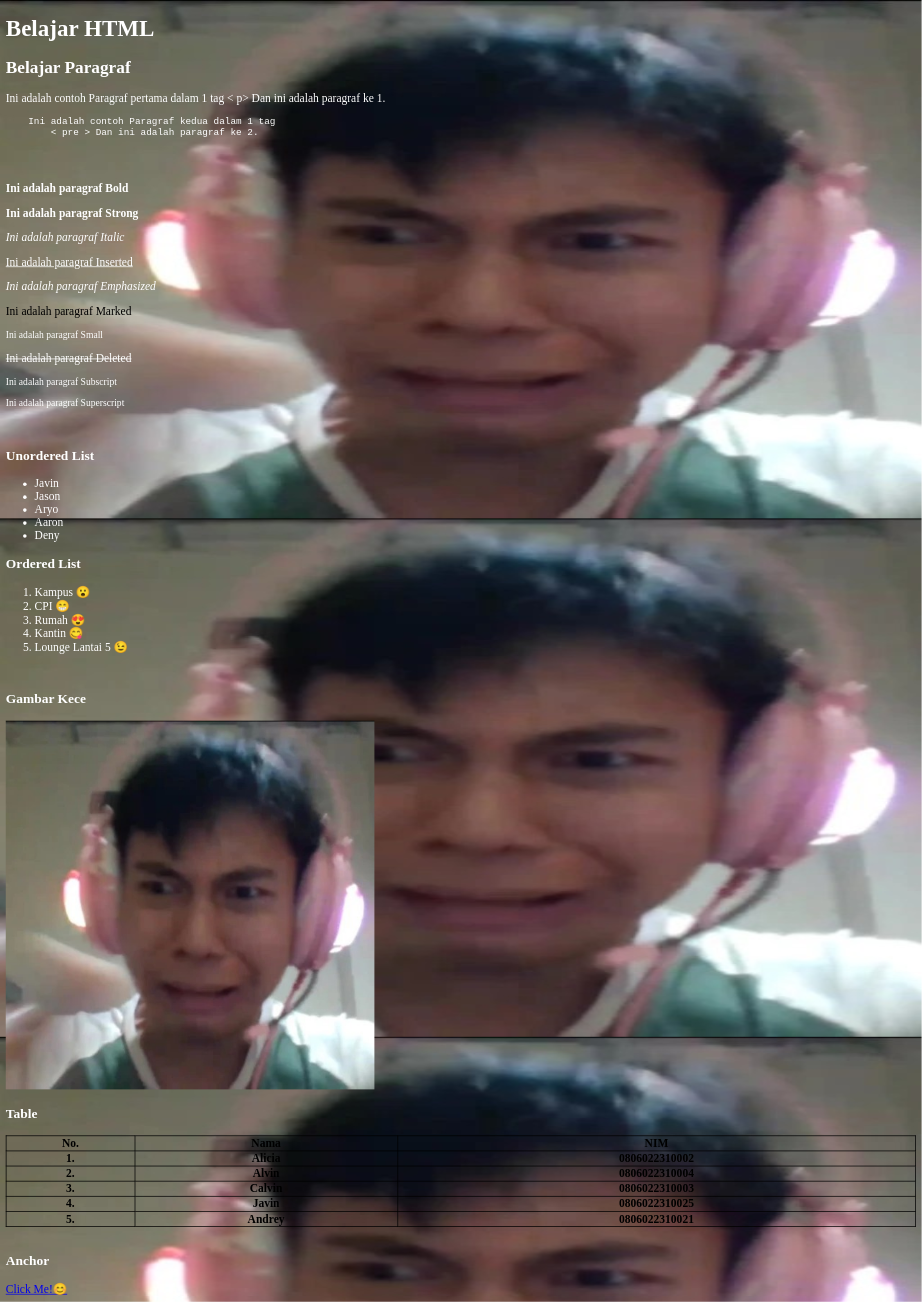
Repository: Gibekkk/WebPro
Page: Tugas HTML 1/index.html
An editor plug-in stored every save of this project. The page is shown before and after the next save, followed by the edit.
The browser window is 1280 px wide. The pictures show the whole page, at 72% of full size.
Backgrounds fixed to the window are drawn as part of the page.

Above is the page before, as saved 2024-03-25 10:39:00.

### Tugas HTML 1/index.html
<!DOCTYPE html>
<html lang="en">

<head>
    <meta charset="UTF-8">
    <meta name="viewport" content="width=device-width, initial-scale=1.0">
    <title>Document</title>
    <style>
        table,
        td,
        tr,
        th {
            border: 1px solid black;
            color: black;
            font-weight: 600;
            border-collapse: collapse;
        }

        table {
            width: 100%;
            text-align: center;
        }
    </style>
</head>

<body style="background-image: url(javin.jpg); background-repeat: no-repeat; background-size: 100%; background-attachment: fixed; color: white">
    <h1>Belajar HTML</h1>
    <h2>Belajar Paragraf</h2>
    <p>Ini adalah contoh Paragraf pertama dalam 1 tag
        < p> Dan ini adalah paragraf ke 1.</p>
    <pre>
    Ini adalah contoh Paragraf kedua dalam 1 tag
        < pre > Dan ini adalah paragraf ke 2.
    </pre>
    <br>

    <b>
        <p>Ini adalah paragraf Bold</p>
    </b>
    <strong>
    <p>Ini adalah paragraf Strong</p>
    </strong>
    <i>
    <p>Ini adalah paragraf Italic</p>
    </i>
    <ins>
    <p>Ini adalah paragraf Inserted</p>
    </ins>
    <em>
    <p>Ini adalah paragraf Emphasized</p>
    </em>
    <mark>
        <p>Ini adalah paragraf Marked</p>
    </mark>
    <small>
        <p>Ini adalah paragraf Small</p>
    </small>
    <del>
        <p>Ini adalah paragraf Deleted</p>
    </del>
    <sub>
        <p>Ini adalah paragraf Subscript</p>
    </sub>
    <sup>
        <p>Ini adalah paragraf Superscript</p>
    </sup>
    <br>

    <h3>Unordered List</h3>
    <ul>
        <li>Javin</li>
        <li>Jason</li>
        <li>Aryo</li>
        <li>Aaron</li>
        <li>Deny</li>
    </ul>
    <h3>Ordered List</h3>
    <ol>
        <li>Kampus 😮</li>
        <li>CPI 😁</li>
        <li>Rumah 😍</li>
        <li>Kantin 😋</li>
        <li>Lounge Lantai 5 😉</li>
    </ol>
    <br>

    <h3>Gambar Kece</h3>
    <img src="javin.jpg" alt="Javin" title="Javin">
    <br>

    <h3>Table</h3>
    <table>
        <tr>
            <th>No.</th>
            <th>Nama</th>
            <th>NIM</th>
        </tr>
        <tr>
            <td>1.</td>
            <td>Alicia</td>
            <td>0806022310002</td>
        </tr>
        <tr>
            <td>2.</td>
            <td>Alvin</td>
            <td>0806022310004</td>
        </tr>
        <tr>
            <td>3.</td>
            <td>Calvin</td>
            <td>0806022310003</td>
        </tr>
        <tr>
            <td>4.</td>
            <td>Javin</td>
            <td>0806022310025</td>
        </tr>
        <tr>
            <td>5.</td>
            <td>Andrey</td>
            <td>0806022310021</td>
        </tr>
    </table>
    <br>

    <h3>Anchor</h3>
    <a href="https://tv.lk21official.mom/">Click Me!😊</a>
</body>

</html>

After the next save:
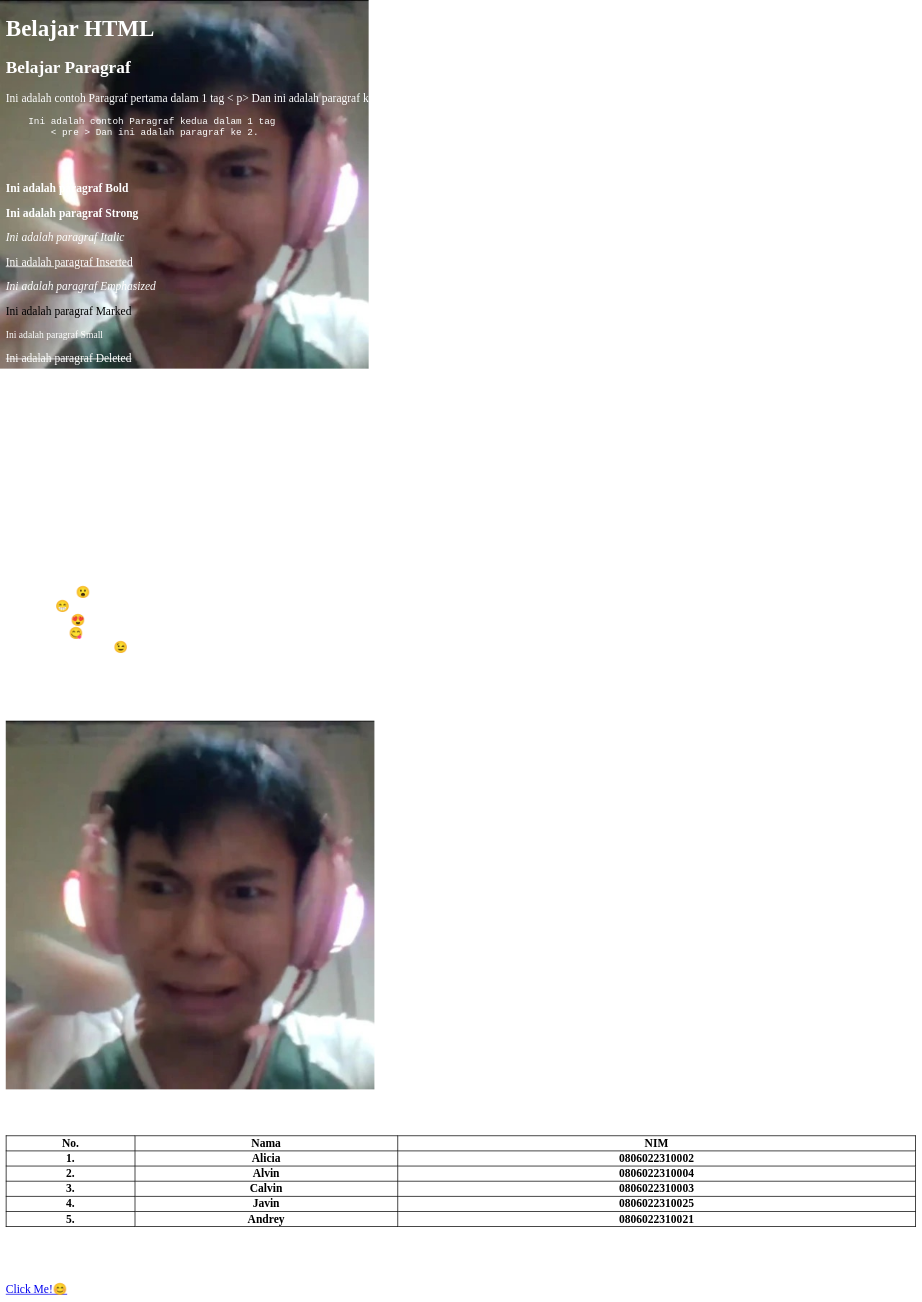
Saved 81 s later.
--- a/Tugas HTML 1/index.html
+++ b/Tugas HTML 1/index.html
@@ -23,7 +23,7 @@
     </style>
 </head>
 
-<body style="background-image: url(javin.jpg); background-repeat: no-repeat; background-size: 100%; background-attachment: fixed; color: white">
+<body style="background-image: url(javin.jpg); background-repeat: no-repeat; background-: 100%; background-attachment: fixed; color: white">
     <h1>Belajar HTML</h1>
     <h2>Belajar Paragraf</h2>
     <p>Ini adalah contoh Paragraf pertama dalam 1 tag

After the save that followed:
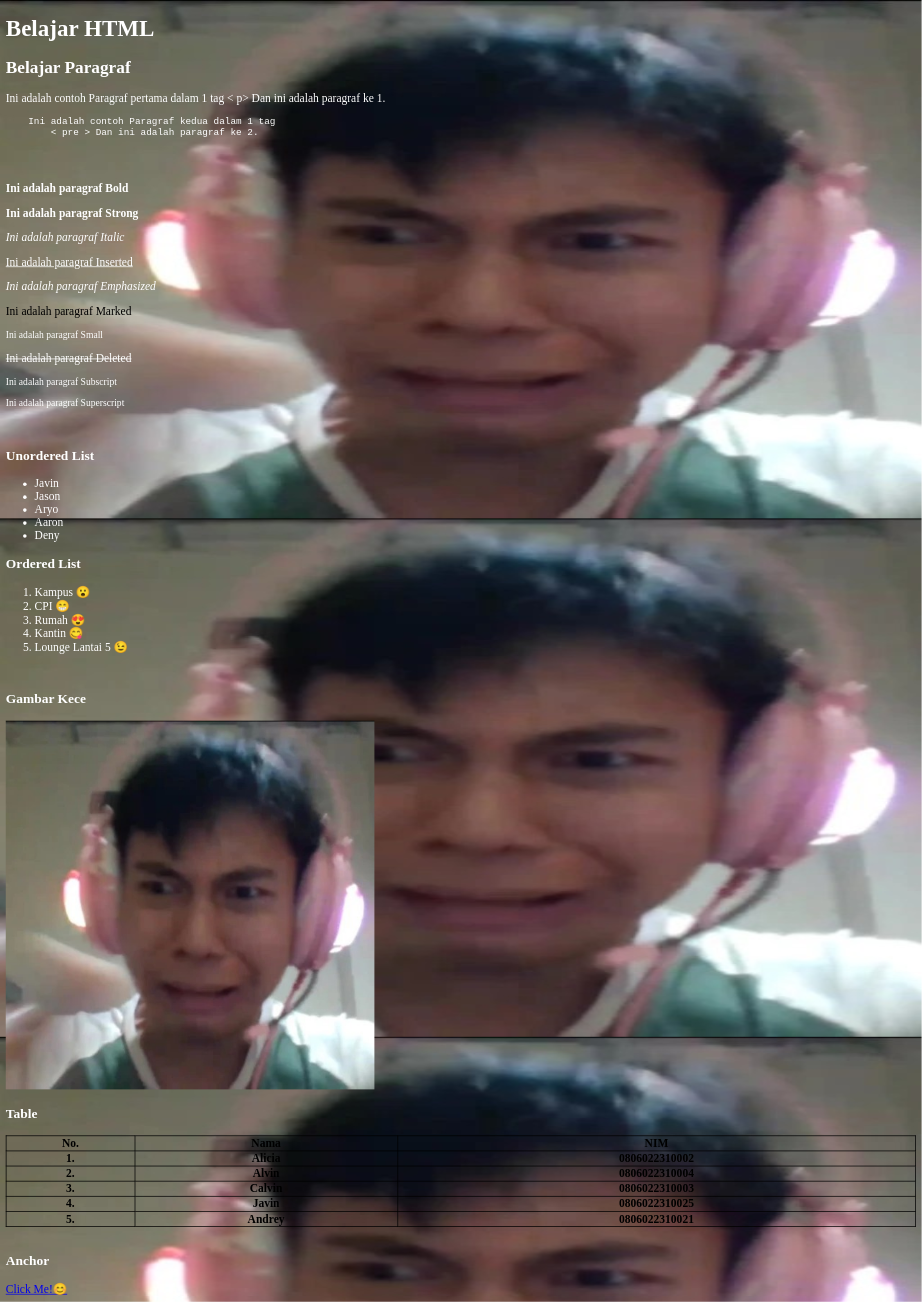
Saved 6 s later.
--- a/Tugas HTML 1/index.html
+++ b/Tugas HTML 1/index.html
@@ -23,7 +23,7 @@
     </style>
 </head>
 
-<body style="background-image: url(javin.jpg); background-repeat: no-repeat; background-: 100%; background-attachment: fixed; color: white">
+<body style="background-image: url(javin.jpg); background-repeat: no-repeat; background-size: 100%; background-attachment: fixed; color: white">
     <h1>Belajar HTML</h1>
     <h2>Belajar Paragraf</h2>
     <p>Ini adalah contoh Paragraf pertama dalam 1 tag
